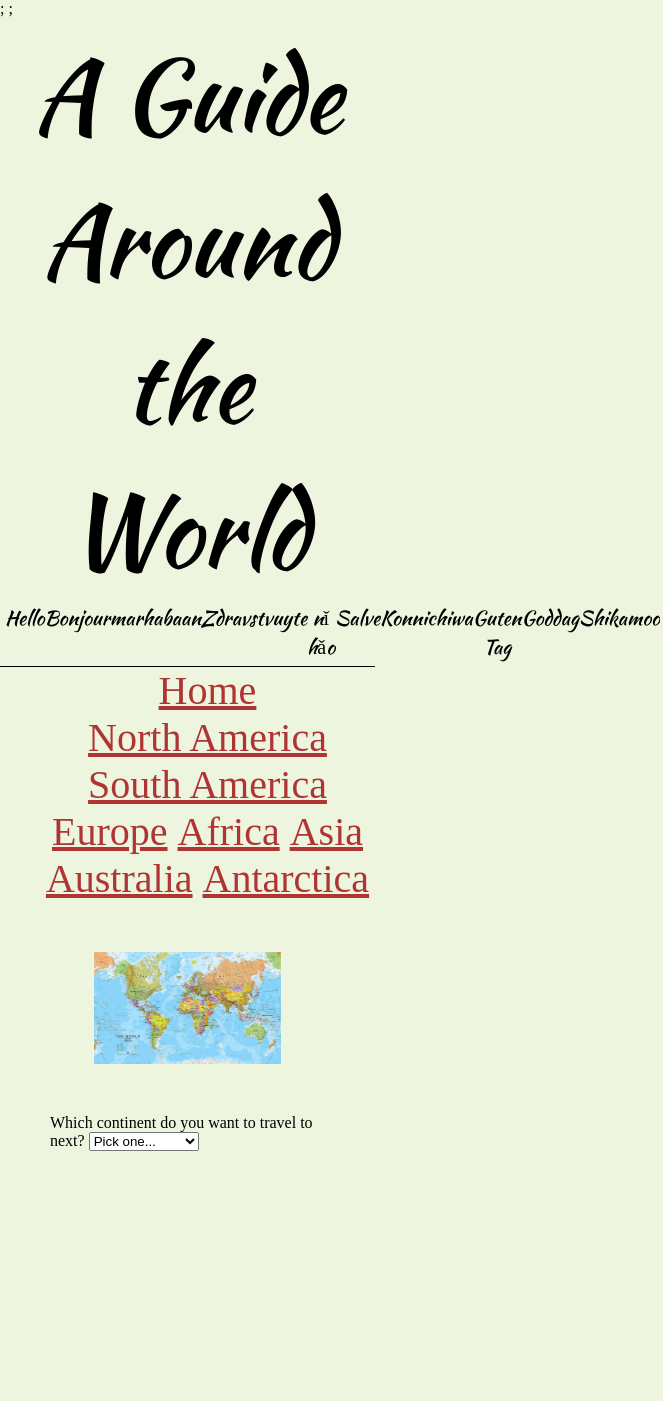
Repository: alharama/StaticWebsite
Page: index.html
These files come from the project's save history. The page is drawn as it stood at one moment and after the next save; the edit follows.
The browser window is 375 px wide. The page is 663 px wide, so the pictures cover 663 px, including what lies to the right of the window. The pictures show the whole page.

Above is the page before, as saved 2021-09-29 23:21:56.

### index.html
<!DOCTYPE html>
<html>
<head>

    <link rel = "stylesheet" type="text/css" href="StyleSheet.css">;
    <link rel = "shortcut icon" type="image/jpeg" href = "images/favicon.jpeg">;

    <title> A Guide Around the World</title>

    <style>

        @import url('https://fonts.googleapis.com/css2?family=Kaushan+Script&display=swap');

        #worldmap {
            display: block;
            margin-left: auto;
            margin-right: auto;
            margin-top: 50px;
            width: 50%;

        }

        @media screen and (max-width: 1024px) {
            width: 100%;
        }
        @media screen and (max-width: 480px) {
            width: 100%;
        }



    </style>

</head>

    <header>
        A Guide Around the World


        <div id="languages">
            <span>Hello</span>
            <span>Bonjour</span>
            <span>marhabaan</span>
            <span>Zdravstvuyte</span>
            <span>nǐ hǎo</span>
            <span>Salve</span>
            <span>Konnichiwa</span>
            <span>Guten Tag</span>
            <span>Goddag</span>
            <span>Shikamoo</span>
        </div>
    </header>

    <body>

        <nav class="top_nav">
            <ul id="top_nav">
                <li><a href="/index.html">Home</a></li>
                <li><a href="/na_page.html">North America</a></li>
                <li><a href="/sa_page.html">South America</a></li>
                <li><a href="/eu_page.html">Europe</a></li>
                <li><a href="/af_page.html">Africa</a></li>
                <li><a href="/as_page.html">Asia</a></li>
                <li><a href="/au_page.html">Australia</a></li>
                <li><a href="/ant_page.html">Antarctica</a></li>
            </ul>
        </nav>

        <img id="worldmap" src="images/world_map.jpeg" alt="Map of World">






        <div id="survey">

            Which continent do you want to travel to next?
            <select>
                <option>Pick one...</option>
                <option>North America</option>
                <option>South America</option>
                <option>Asia</option>
                <option>Africa</option>
                <option>Europe</option>
                <option>Australia</option>
                <option>Antarctica</option>
            </select>

        </div>



    </body>

</html>

### StyleSheet.css

 @import url('https://fonts.googleapis.com/css2?family=Kaushan+Script&display=swap');

 header {
    text-align: center;
    padding: 5px;
    font-family: 'Kaushan Script', cursive;
    font-size: 100px;
    border-bottom: 1px solid;

}

body{
    background: rgb(238, 245, 222);
    margin: 0px;
    padding-bottom: 200px;
}

.top_nav {
    width: 100%;
    font-size: 40px;
    text-align: center;
    color: red;

}

.top_nav ul {
    margin: 0px;
    color: blue;
}

.top_nav li {
    display: inline-block;

}

.top_nav a {
    text-decoration:underline;
    color: rgb(175, 52, 52);

}

.top_nav a:hover {
    background-color: lightgray;
}


#languages{

    display: flex;
    font-size: 20px;
    justify-content:space-around;
}



 h1 {
    text-align: center;
    font-family: 'Kaushan Script', cursive;
}

.tourist_spots {
    text-align: center;
}
.tourist_spots li {
    list-style: none;
    text-align: center;
    font-size: 50px;

}


#dest {
    width: 400px;
    height: 300px;
    padding: 50px;
}

#other_dest_header {
    font-size: 50px;
}
.extra_destinations li{
    font-size: 20px;
}

#survey {
    margin: 50px;
}

After the next save:
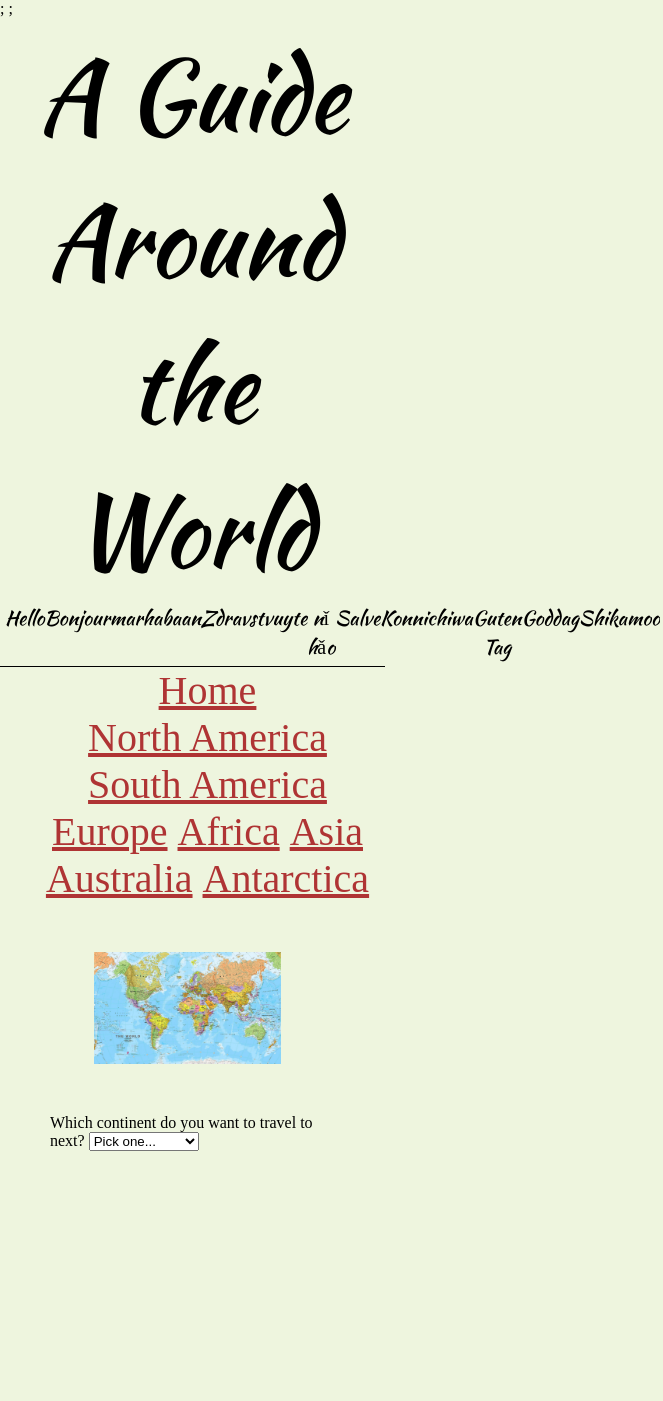
Saved 39 s later.
--- a/index.html
+++ b/index.html
@@ -21,10 +21,14 @@
         }
 
         @media screen and (max-width: 1024px) {
-            width: 100%;
+            header {
+                width: 100%;
+            }
         }
         @media screen and (max-width: 480px) {
-            width: 100%;
+            header {
+                width: 100%;
+            }
         }
 
 
